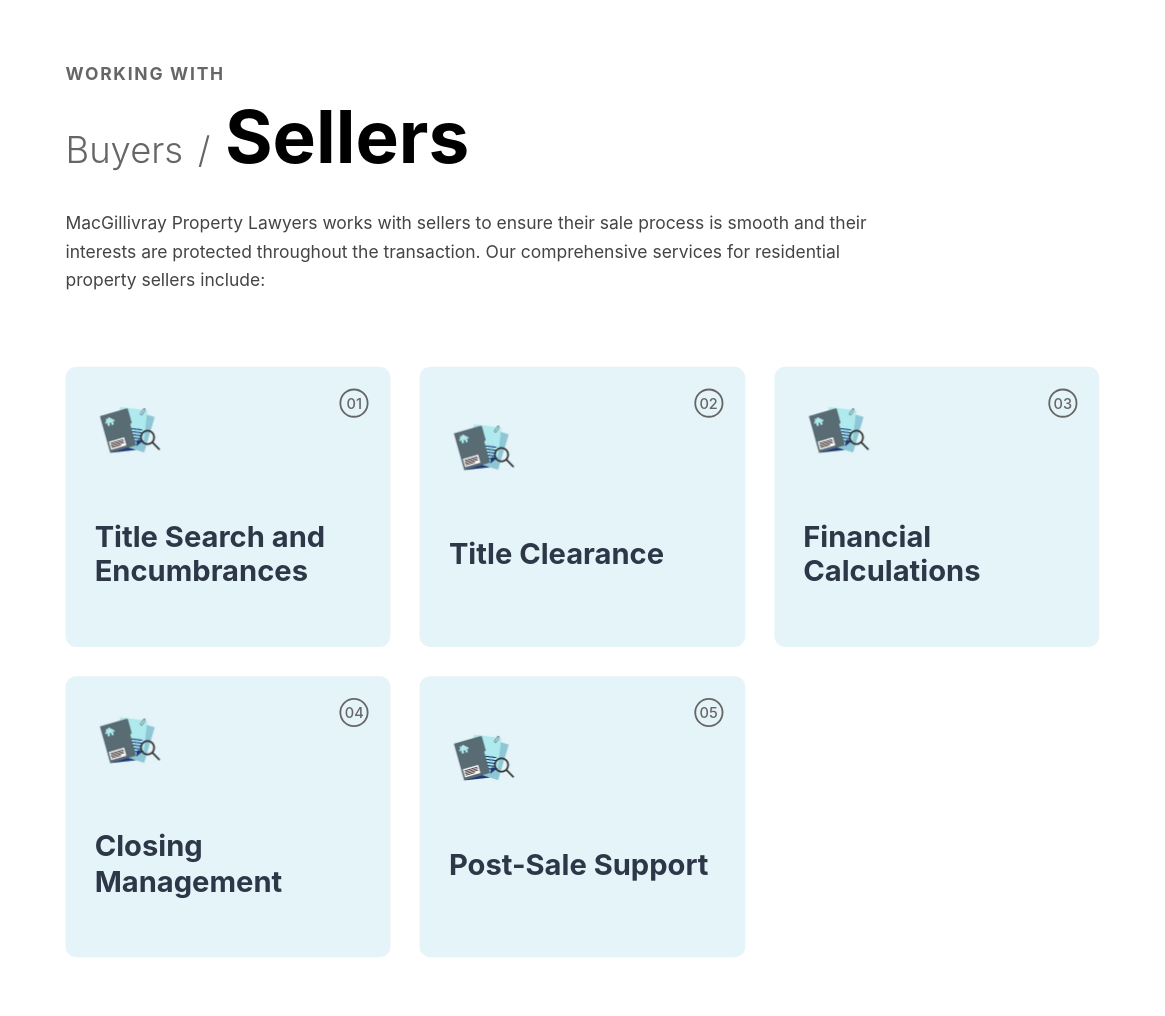
Repository: mibma/alphavent
Page: /sellers
These files come from the project's save history. The page is drawn as it stood at one moment and after a run of saves; the edit follows.
The browser window is 1280 px wide. The pictures show the whole page, at 91% of full size.
The project was rebuilt for these pictures with package versions that can differ from the ones it lists, and the page was loaded fresh each time. The framework's server and built-in components were replaced by stand-ins that run in the browser.

Above is the page before, as saved 2025-04-22 23:27:09.

### pages/_app.js
import '../styles/globals.css'

function MyApp({ Component, pageProps }) {
  return <Component {...pageProps} />
}

export default MyApp

### pages/sellers.js
import styles from '../styles/Home.module.css';
import Head from 'next/head';
import Link from 'next/link';
import Image from 'next/image';

const sellerServices = [
  {
    id: '01',
    title: 'Title Search and Encumbrances',
    icon: '/Capture.JPG'
  },
  {
    id: '02',
    title: 'Title Clearance',
    icon: '/Capture.JPG'
  },
  {
    id: '03',
    title: 'Financial Calculations',
    icon: '/Capture.JPG'
  },
  {
    id: '04',
    title: 'Closing Management',
    icon: '/Capture.JPG'
  },
  {
    id: '05',
    title: 'Post-Sale Support',
    icon: '/Capture.JPG'
  }
];

export default function SellerPage() {
  return (
    <div className={styles.container}>
      <Head>
        <title>Working with Sellers | MacGillivray Property Lawyers</title>
        <meta name="description" content="Professional property law services for sellers" />
      </Head>

      <main className={styles.main}>
        <div className={styles.header}>
          <h1 className={styles.title}>
            <span className={styles.mainTitle}>WORKING WITH</span>
            <div className={styles.titleRow}>
              <Link href="/" className={styles.smallTitle}>Buyers</Link>
              <span className={styles.divider}>/</span>
              <span className={styles.largeTitle}>Sellers</span>
            </div>
          </h1>

          <p className={styles.description}>
            MacGillivray Property Lawyers works with sellers to ensure their sale process is smooth and their interests are protected throughout the transaction. Our comprehensive services for residential property sellers include:
          </p>
        </div>

        <div className={styles.servicesGrid}>
          {sellerServices.map((service) => (
            <div key={service.id} className={styles.serviceCard}>
              <div className={styles.serviceContent}>
                <div className={styles.iconContainer}>
                  <Image
                    src={service.icon}
                    alt={service.title}
                    fill
                    className={styles.icon}
                  />
                </div>
                <h3 className={styles.serviceTitle}>{service.title}</h3>
              </div>
              <div className={styles.serviceNumber}>{service.id}</div>
            </div>
          ))}
        </div>
      </main>
    </div>
  );
}

### styles/globals.css
html,
body {
  padding: 0;
  margin: 0;
  font-family: -apple-system, BlinkMacSystemFont, Segoe UI, Roboto, Oxygen,
    Ubuntu, Cantarell, Fira Sans, Droid Sans, Helvetica Neue, sans-serif;
}

a {
  color: inherit;
  text-decoration: none;
}

* {
  box-sizing: border-box;
}

### styles/Home.module.css
.container {
  max-width: 1200px;
  margin: 0 auto;
  padding: 2rem;
}

.nav {
  display: flex;
  justify-content: flex-end;
  padding: 1rem 0;
}

.navLink {
  color: #0070f3;
  text-decoration: none;
  font-size: 1.1rem;
  transition: color 0.3s ease;
}

.navLink:hover {
  color: #0051b3;
}

.main {
  min-height: 100vh;
  padding: 1rem 0;
}

.header {
  margin-bottom: 4rem;
}

.title {
  margin-bottom: 2rem;
}

.mainTitle {
  display: block;
  font-size: 1.2rem;
  color: #666;
  margin-bottom: 0.5rem;
  letter-spacing: 0.1em;
}

.titleRow {
  display: flex;
  align-items: baseline;
  gap: 1rem;
}

.largeTitle {
  font-size: clamp(3rem, 8vw, 5rem);
  font-weight: 700;
  color: #000;
}

.divider {
  font-size: 2.5rem;
  color: #666;
  font-weight: 300;
}

.smallTitle {
  font-size: 2.5rem;
  color: #666;
  font-weight: 300;
  text-decoration: none;
  transition: color 0.3s ease;
}

.smallTitle:hover {
  color: #000;
}

.description {
  font-size: 1.2rem;
  line-height: 1.6;
  color: #444;
  max-width: 900px;
  margin-bottom: 3rem;
}

.servicesGrid {
  display: grid;
  grid-template-columns: repeat(auto-fit, minmax(280px, 1fr));
  gap: 2rem;
  padding: 1rem 0;
}

.serviceCard {
  background-color: #E5F4F9;
  border-radius: 12px;
  padding: 2rem;
  position: relative;
  transition: all 0.3s ease;
  min-height: 180px;
  display: flex;
  flex-direction: column;
  justify-content: center;
}

.serviceCard:hover {
  transform: translateY(-5px);
  box-shadow: 0 10px 20px rgba(0, 0, 0, 0.05);
}

.serviceContent {
  flex: 1;
  display: flex;
  flex-direction: column;
  justify-content: center;
}

.iconContainer {
  width: 80px;
  height: 80px;
  margin-bottom: 1.5rem;
  position: relative;
}

.icon {
  width: 100%;
  height: 100%;
  object-fit: contain;
}

.serviceNumber {
  position: absolute;
  top: 1.5rem;
  right: 1.5rem;
  background-color: transparent;
  color: #666;
  width: 32px;
  height: 32px;
  border: 2px solid #666;
  border-radius: 50%;
  display: flex;
  align-items: center;
  justify-content: center;
  font-size: 1rem;
  font-weight: 500;
}

.serviceTitle {
  font-size: 2rem;
  font-weight: 700;
  color: #2d3748;
  line-height: 1.2;
}

.serviceDescription {
  color: #718096;
  line-height: 1.5;
}

@media (max-width: 768px) {
  .container {
    padding: 1rem;
  }

  .titleRow {
    flex-direction: column;
    gap: 0.5rem;
  }

  .divider {
    display: none;
  }

  .smallTitle {
    font-size: 2rem;
  }

  .servicesGrid {
    grid-template-columns: 1fr;
  }

  .serviceCard {
    min-height: 150px;
  }

  .serviceTitle {
    font-size: 1.75rem;
  }
}

After the next 2 saves:
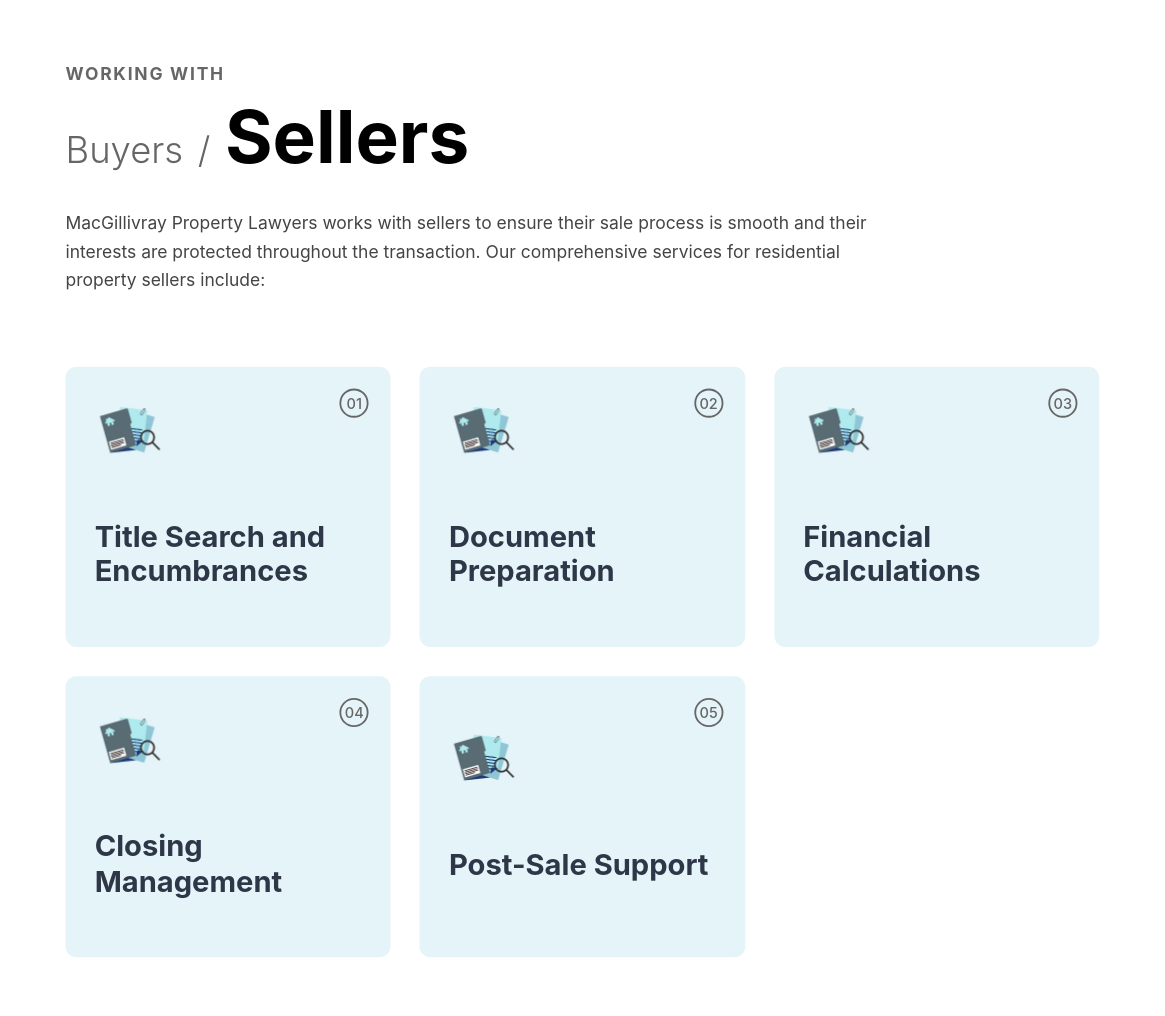
The 2 saves are shown as one change because they came seconds apart.
The last was saved 20 s later.
--- a/pages/sellers.js
+++ b/pages/sellers.js
@@ -11,7 +11,7 @@ const sellerServices = [
   },
   {
     id: '02',
-    title: 'Title Clearance',
+    title: 'Document Preparation ',
     icon: '/Capture.JPG'
   },
   {
